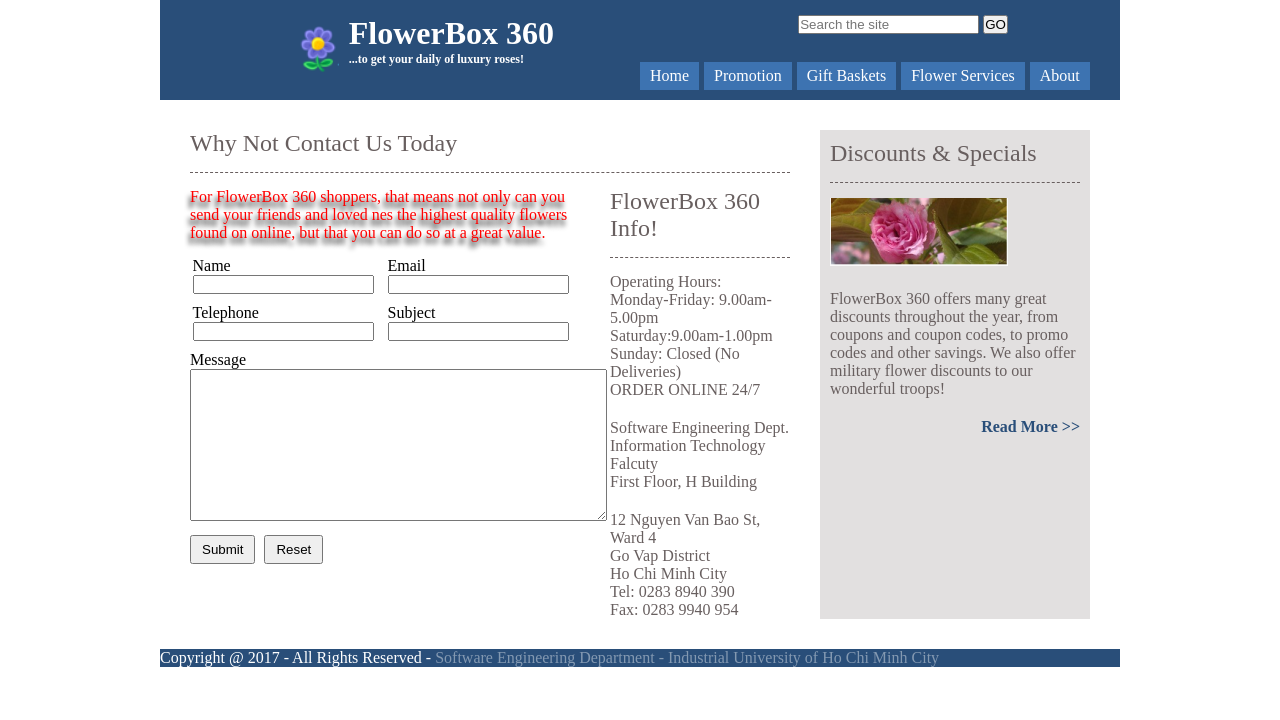
Repository: hoangnguyen1903/STT_21084321_NguyenHuyHoang_DHKHMT17B_Tuan4_DeThamKhao3
Page: html/demo.html
The author's editor kept a copy of each file at every save. The page is drawn from the files as they stood at one save, then again after the next save.
The browser window is 1280 px wide. The pictures show the whole page.

Above is the page before, as saved 2023-03-09 15:15:18.

### html/demo.html
<!DOCTYPE html>
<html lang="en">
  <head>
    <meta charset="UTF-8" />
    <meta http-equiv="X-UA-Compatible" content="IE=edge" />
    <meta name="viewport" content="width=device-width, initial-scale=1.0" />
    <title>Demo 3</title>
    <style>
      * {
        padding: 0;
        box-sizing: border-box;
        margin: 0 auto;
      }

      .wrapper {
        width: 960px;
        height: 100%;
      }

      .header {
        width: 960px;
        height: 100px;
        background-color: #294e79;
        color: #fff;
        display: flex;
        position: relative;
      }

      .header > .header__left {
        display: flex;
        padding: 15px 20px;
      }

      .header > .header__left > img {
        padding-right: 10px;
      }

      .header > .header__left > div > h2 {
        font-size: 12px;
      }

      .header > .header__right {
        padding-top: 15px;
      }

      .header > .header__bottom {
        position: absolute;
        bottom: 10px;
        left: 50%;
        display: flex;
      }

      .header > .header__bottom > li {
        list-style: none;
        margin-right: 5px;
        background-color: #3d73b1;
        padding: 5px 10px;
      }

      .header > .header__bottom > li:hover {
        background-color: #fff;
      }

      .header > .header__bottom > li:hover > a {
        color: #000;
      }

      .header > .header__bottom > li > a {
        text-decoration: none;
        color: white;
      }

      .content {
        width: 960px;
        display: flex;
        padding: 30px;
      }

      .content > .content__left {
        width: calc(70% - 30px);
        margin-right: 30px;
      }

      .content > .content__left > .content__left-top {
        color: #685f5f;
        font-weight: 500;
        padding-bottom: 15px;
        border-bottom: 1px dashed #685f5f;
        margin-bottom: 15px;
      }

      .content > .content__left > .content__left-bottom {
        display: flex;
      }

      .content > .content__left > .content__left-bottom > .content__left-form {
        width: calc(70% - 30px);
        margin-right: 30px;
      }

      .content
        > .content__left
        > .content__left-bottom
        > .content__left-form
        > p {
        color: red;
        text-shadow: -2px 6px 5px #000;
        margin-bottom: 15px;
      }

      .content
        > .content__left
        > .content__left-bottom
        > .content__left-form
        > form {
        display: flex;
        flex-wrap: wrap;
      }

      .content
        > .content__left
        > .content__left-bottom
        > .content__left-form
        > form
        > div {
        width: calc(50% - 5px);
        margin-bottom: 10px;
      }

      .content
        > .content__left
        > .content__left-bottom
        > .content__left-form
        > form
        > div:nth-child(5) {
        width: 100%;
        margin-bottom: 10px;
      }

      .content
        > .content__left
        > .content__left-bottom
        > .content__left-form
        > form
        > div:nth-child(6) {
        width: 100%;
        margin-bottom: 10px;
      }

      .content
        > .content__left
        > .content__left-bottom
        > .content__left-form
        > form
        > div:nth-child(6)
        > input {
        padding: 5px 10px;
        margin-right: 5px;
      }

      .content
        > .content__left
        > .content__left-bottom
        > .content__left-info
        > .content__left-heading {
        color: #685f5f;
        font-weight: 500;
        padding-bottom: 15px;
        border-bottom: 1px dashed #685f5f;
        margin-bottom: 15px;
      }

      .content
        > .content__left
        > .content__left-bottom
        > .content__left-info
        > div:not(:last-child) {
        margin-bottom: 20px;
      }

      .content
        > .content__left
        > .content__left-bottom
        > .content__left-info
        > div
        > p {
        color: #685f5f;
      }

      .content > .content__right {
        width: 30%;
        background-color: #e2e0e0;
        padding: 10px;
      }

      .content > .content__right > .content__right-top {
        color: #685f5f;
        font-weight: 500;
        padding-bottom: 15px;
        border-bottom: 1px dashed #685f5f;
        margin-bottom: 15px;
      }

      .content > .content__right > .content__right-bottom > p {
        color: #685f5f;
        margin: 20px 0;
      }

      .content > .content__right > .content__right-bottom > a {
        text-decoration: none;
        color: #294e79;
        float: right;
        font-weight: bold;
      }

      .footer {
        background-color: #294e79;
      }

      .footer > p {
        color: #fff;
      }

      .footer > p > span {
        color: #ffffff6c;
      }
    </style>
  </head>
  <body>
    <div class="wrapper">
      <div class="header">
        <div class="header__left">
          <img src="../img/AnhLogo.PNG" alt="Logo" class="logo" />
          <div>
            <h1>FlowerBox 360</h1>
            <h2>...to get your daily of luxury roses!</h2>
          </div>
        </div>
        <ul class="header__bottom">
          <li><a href="#">Home</a></li>
          <li><a href="#">Promotion</a></li>
          <li><a href="#">Gift Baskets</a></li>
          <li><a href="#">Flower Services</a></li>
          <li><a href="#">About</a></li>
        </ul>
        <div class="header__right">
          <input
            type="text"
            name="txt"
            id="txt"
            placeholder="Search the site"
          />
          <input type="button" value="GO" />
        </div>
      </div>
      <div class="content">
        <div class="content__left">
          <h2 class="content__left-top">Why Not Contact Us Today</h2>
          <div class="content__left-bottom">
            <div class="content__left-form">
              <p>
                For FlowerBox 360 shoppers, that means not only can you send
                your friends and loved nes the highest quality flowers found on
                online, but that you can do so at a great value.
              </p>
              <form action="">
                <div>
                  <label for="name">Name</label>
                  <input type="text" name="name" id="name" />
                </div>
                <div>
                  <label for="email">Email</label>
                  <input type="email" name="email" id="email" />
                </div>
                <div>
                  <label for="telephone">Telephone</label>
                  <input type="number" name="telephone" id="telephone" />
                </div>
                <div>
                  <label for="subject">Subject</label>
                  <input type="text" name="subject" id="subject" />
                </div>
                <div>
                  <label for="message">Message</label>
                  <div>
                    <textarea
                      name="message"
                      id="message"
                      cols="50"
                      rows="10"
                    ></textarea>
                  </div>
                </div>
                <div>
                  <input type="submit" value="Submit" />
                  <input type="reset" value="Reset" />
                </div>
              </form>
            </div>
            <div class="content__left-info">
              <h2 class="content__left-heading">FlowerBox 360 Info!</h2>
              <div>
                <p>Operating Hours:</p>
                <p>Monday-Friday: 9.00am-5.00pm</p>
                <p>Saturday:9.00am-1.00pm</p>
                <p>Sunday: Closed (No Deliveries)</p>
                <p>ORDER ONLINE 24/7</p>
              </div>
              <div>
                <p>Software Engineering Dept.</p>
                <p>Information Technology Falcuty</p>
                <p>First Floor, H Building</p>
              </div>
              <div>
                <p>12 Nguyen Van Bao St, Ward 4</p>
                <p>Go Vap District</p>
                <p>Ho Chi Minh City</p>
                <p>Tel: 0283 8940 390</p>
                <p>Fax: 0283 9940 954</p>
              </div>
            </div>
          </div>
        </div>
        <div class="content__right">
          <h2 class="content__right-top">Discounts & Specials</h2>
          <div class="content__right-bottom">
            <img src="../img/flower.PNG" alt="Flower" />
            <p>
              FlowerBox 360 offers many great discounts throughout the year,
              from coupons and coupon codes, to promo codes and other savings.
              We also offer military flower discounts to our wonderful troops!
            </p>
            <a href="#">Read More >></a>
          </div>
        </div>
      </div>
      <div class="footer">
        <p>
          Copyright @ 2017 - All Rights Reserved -
          <span
            >Software Engineering Department - Industrial University of Ho Chi
            Minh City</span
          >
        </p>
      </div>
    </div>
  </body>
</html>

After the next save:
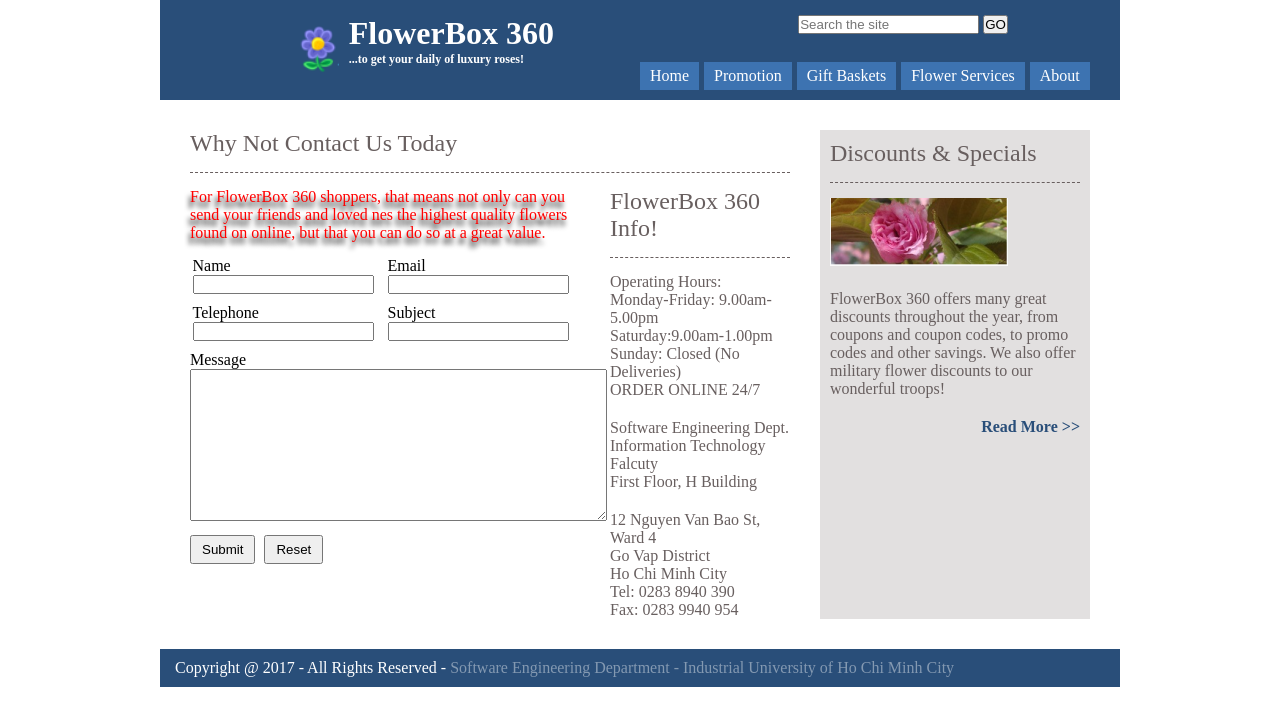
Saved 28 s later.
--- a/html/demo.html
+++ b/html/demo.html
@@ -215,6 +215,7 @@
 
       .footer {
         background-color: #294e79;
+        padding: 10px 15px;
       }
 
       .footer > p {
